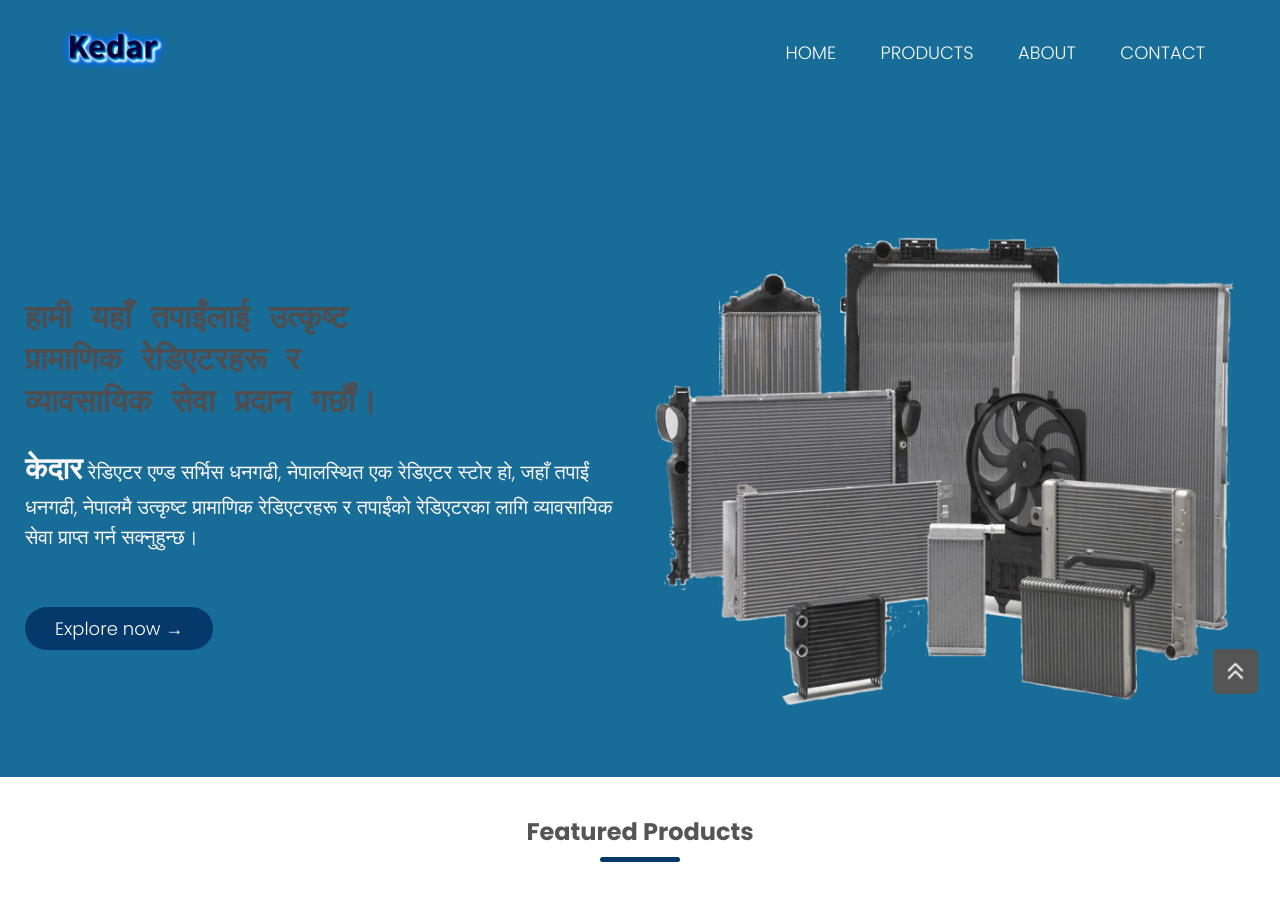
Repository: shyamchand-git/KedarRadiator
Page: index.html
The author's editor kept a copy of each file at every save. The page is drawn from the files as they stood at one save, then again after the next save.
The browser window is 1280 px wide. The pictures show the part of the page from y = 0 to 922 px (the page is 2937 px tall).
A picture or video elsewhere on the page could not be fetched, so the positions and the page height are approximate.

Above is the page before, as saved 2026-02-22 13:03:11.

After the next save:
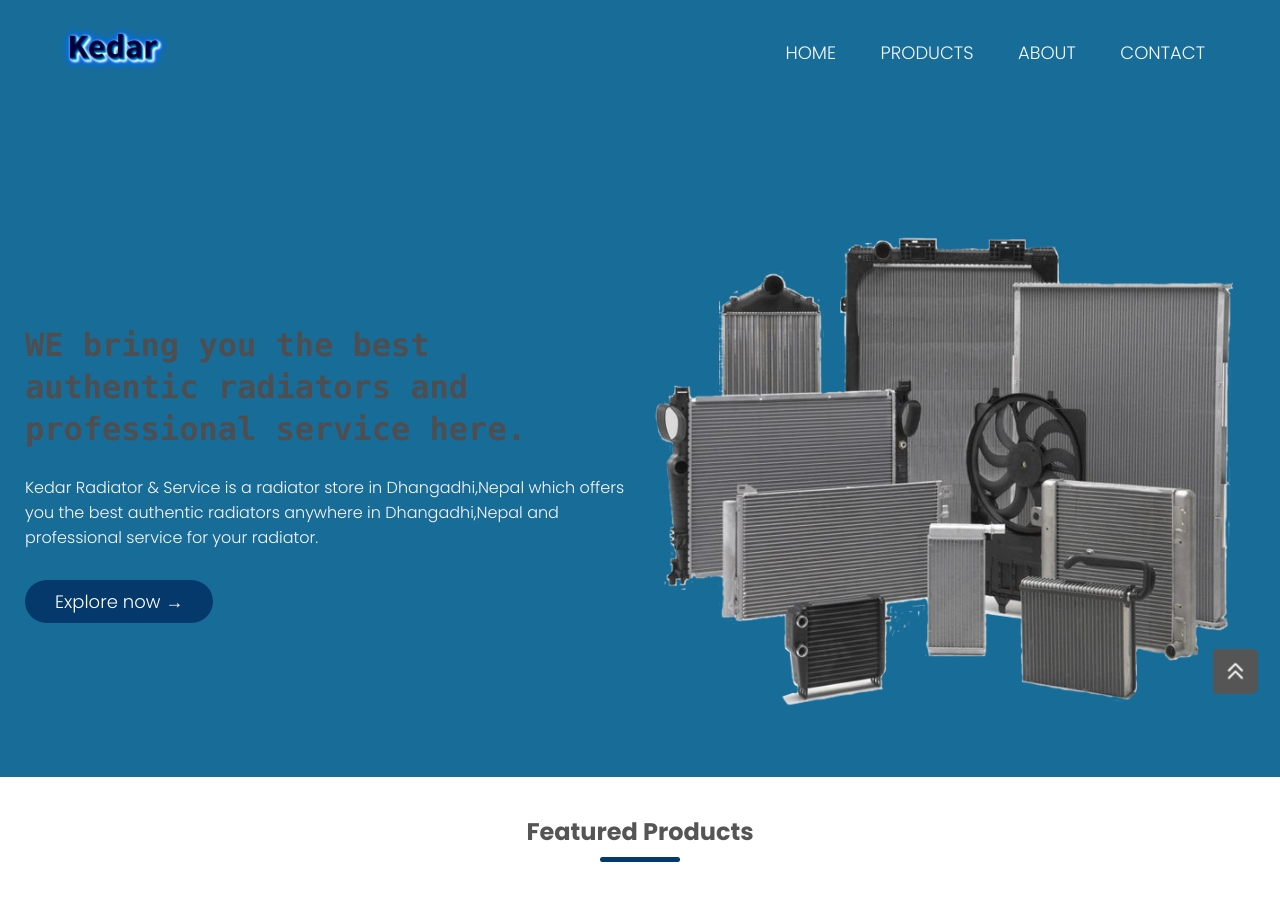
Saved 115 s later.
--- a/index.html
+++ b/index.html
@@ -256,20 +256,15 @@
                     <div class="col2">
 
 
-                        <h1>हामी यहाँ तपाईंलाई उत्कृष्ट <br> प्रामाणिक
-                            रेडिएटरहरू र <br> व्यावसायिक सेवा प्रदान
-                            गर्छौं।</h1>
-                            <!-- <h1>WE bring you the best <br> authentic radiators and
-                            <br> professional service here.</h1> -->
-
-                        <p style="font-size: 20px;"><b style="font-size: 30px;">केदार</b> रेडिएटर एण्ड सर्भिस धनगढी, नेपालस्थित एक
-                            रेडिएटर स्टोर हो, जहाँ तपाईं धनगढी, नेपालमै उत्कृष्ट
-                            प्रामाणिक रेडिएटरहरू र तपाईंको रेडिएटरका लागि
-                            व्यावसायिक सेवा प्राप्त गर्न सक्नुहुन्छ।</p> <br>
-                               <!-- <p>Kedar Radiator & Service is a radiator store in
+                          <h1>WE bring you the best <br> authentic radiators and
+                            <br> professional service here.</h1>
+
+
+                            <p>Kedar Radiator & Service is a radiator store in
                             Dhangadhi,Nepal which offers you the best
                             authentic radiators anywhere in Dhangadhi,Nepal and
-                            professional service for your radiator.</p> -->
+                            professional service for your radiator.</p>
+
 
 
                         <a href="aboutfrs.html" class="btn">Explore now

After the 2 saves that followed:
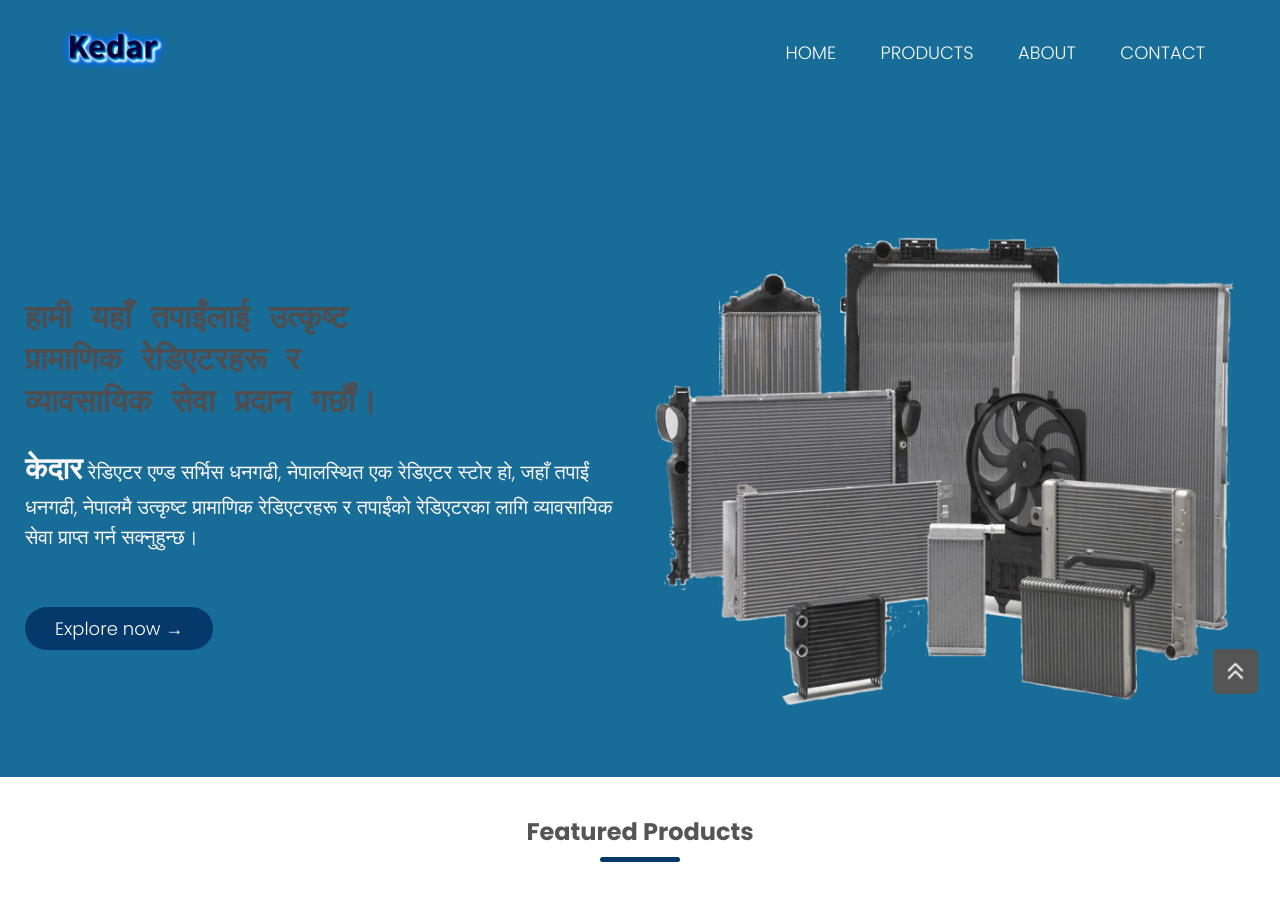
The 2 saves are shown as one change because 1 left the picture as it was.
The last was saved 3 min 51 s later.
--- a/index.html
+++ b/index.html
@@ -256,15 +256,20 @@
                     <div class="col2">
 
 
-                          <h1>WE bring you the best <br> authentic radiators and
-                            <br> professional service here.</h1>
-
-
-                            <p>Kedar Radiator & Service is a radiator store in
+                        <h1>हामी यहाँ तपाईंलाई उत्कृष्ट <br> प्रामाणिक
+                            रेडिएटरहरू र <br> व्यावसायिक सेवा प्रदान
+                            गर्छौं।</h1>
+                            <!-- <h1>WE bring you the best <br> authentic radiators and
+                            <br> professional service here.</h1> -->
+
+                        <p style="font-size: 20px;"><b style="font-size: 30px;">केदार</b> रेडिएटर एण्ड सर्भिस धनगढी, नेपालस्थित एक
+                            रेडिएटर स्टोर हो, जहाँ तपाईं धनगढी, नेपालमै उत्कृष्ट
+                            प्रामाणिक रेडिएटरहरू र तपाईंको रेडिएटरका लागि
+                            व्यावसायिक सेवा प्राप्त गर्न सक्नुहुन्छ।</p> <br>
+                               <!-- <p>Kedar Radiator & Service is a radiator store in
                             Dhangadhi,Nepal which offers you the best
                             authentic radiators anywhere in Dhangadhi,Nepal and
-                            professional service for your radiator.</p>
-
+                            professional service for your radiator.</p> -->
 
 
                         <a href="aboutfrs.html" class="btn">Explore now
